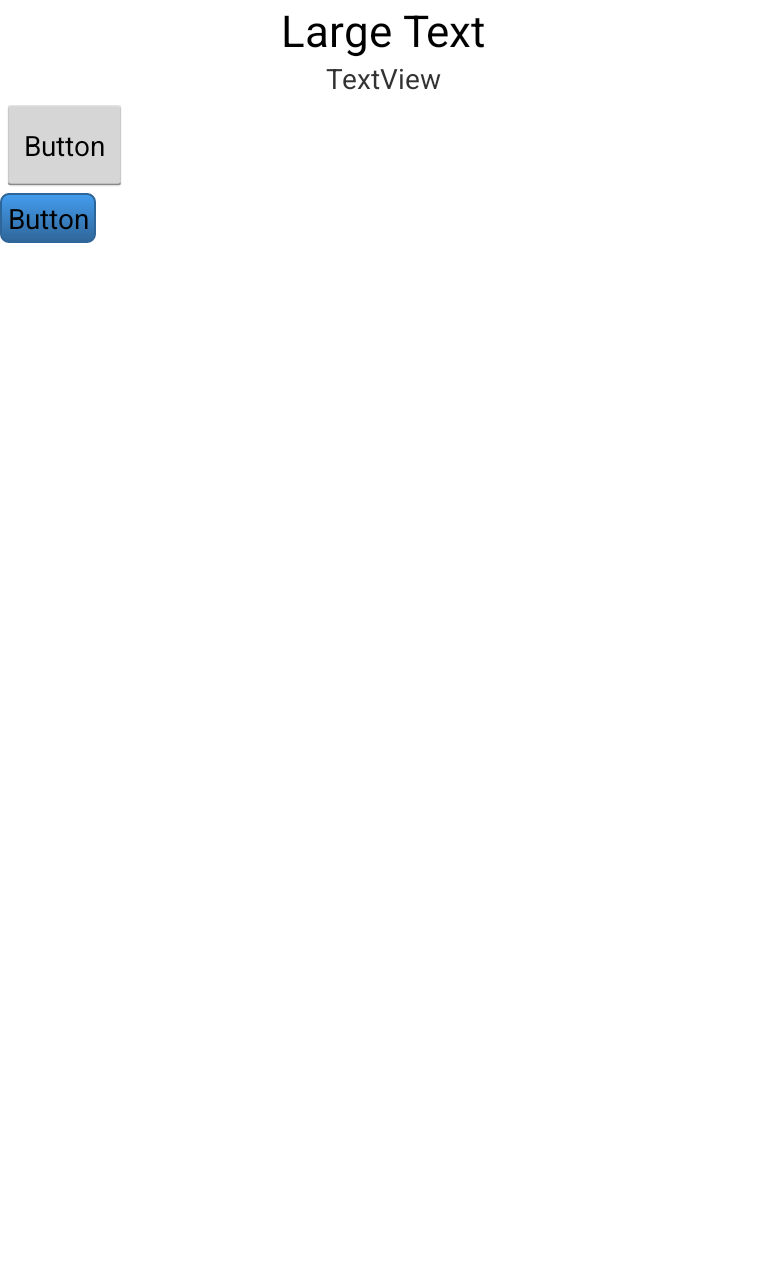
Repository: pcombi/android_dev
Layout: EnglishGrammar/res/layout/tests.xml
The author's editor kept a copy of each file at every save. The layout is drawn from the files as they stood at one save, then again after the next save.
It is drawn on a 768 x 1280 px phone screen (xhdpi) without system bars, with theme AppTheme; the app's code is not run.

Above is the layout before, as saved 2012-12-27 03:33:17.

After the next save:
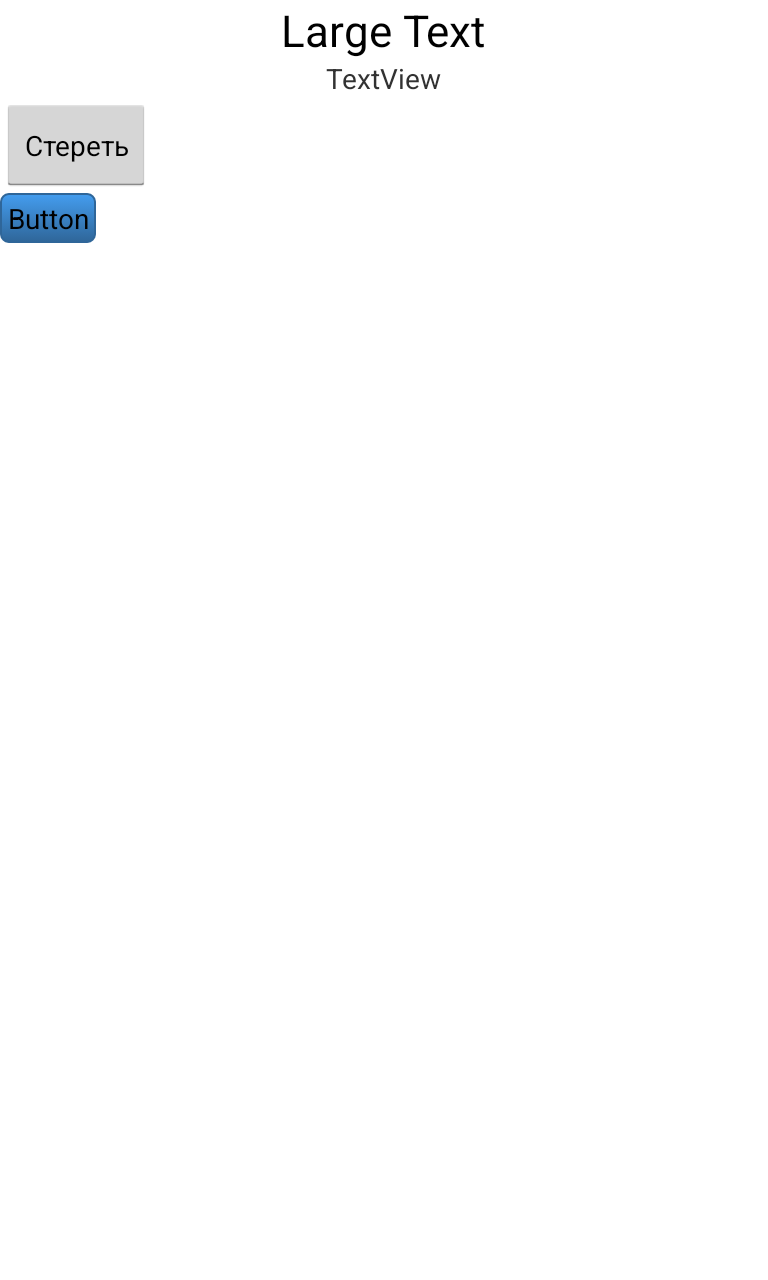
Saved 16 s later.
--- a/EnglishGrammar/res/layout/tests.xml
+++ b/EnglishGrammar/res/layout/tests.xml
@@ -27,11 +27,11 @@
     </LinearLayout>
 
     <Button
-        android:id="@+id/button2"
+        android:id="@+id/bErase"
         style="?android:attr/buttonStyleSmall"
         android:layout_width="wrap_content"
         android:layout_height="wrap_content"
-        android:text="Button" />
+        android:text="@string/erase" />
 
     <Button
         android:id="@+id/button1"
